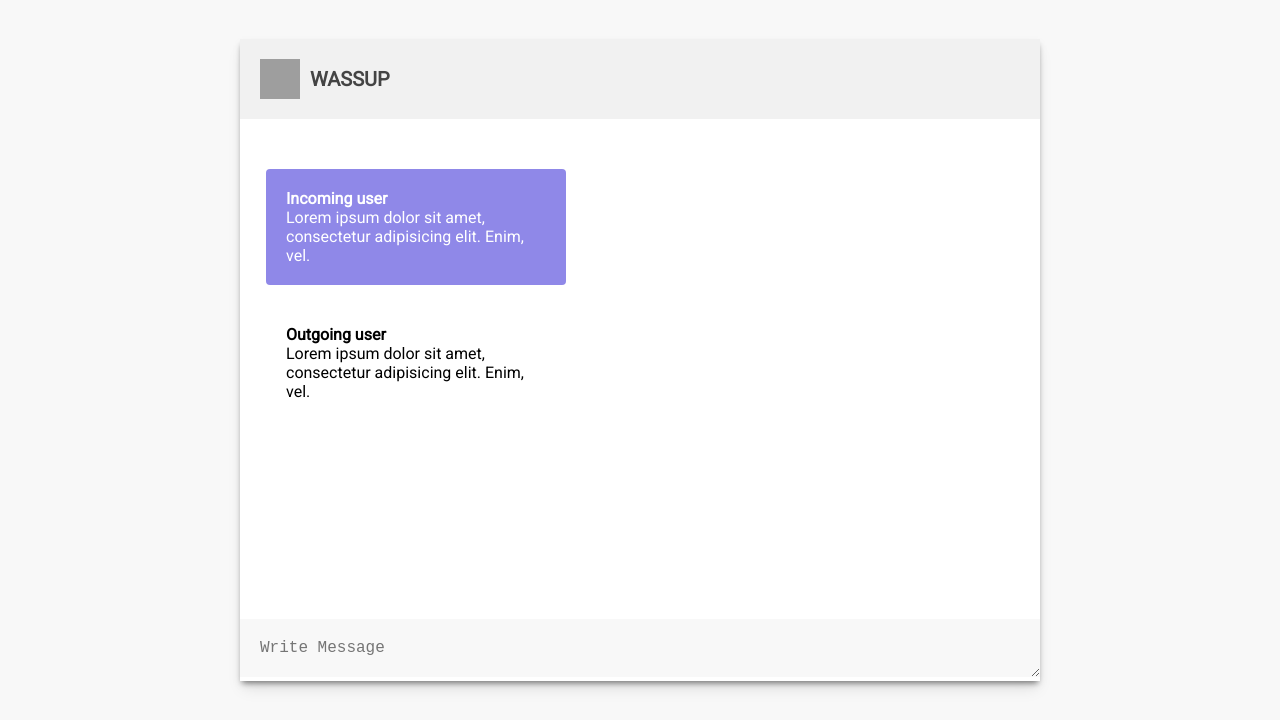
Repository: yashrajverma/Wassup-Chat-App
Page: http://localhost/
An editor plug-in stored every save of this project. The page is shown before and after the next save, followed by the edit.
The browser window is 1280 px wide. The pictures show the whole page.
Pictures or frames that could not be fetched are drawn as grey boxes. The page is served by the project's Node server (server.js).

Above is the page before, as saved 2020-11-19 12:05:27.

After the next save:
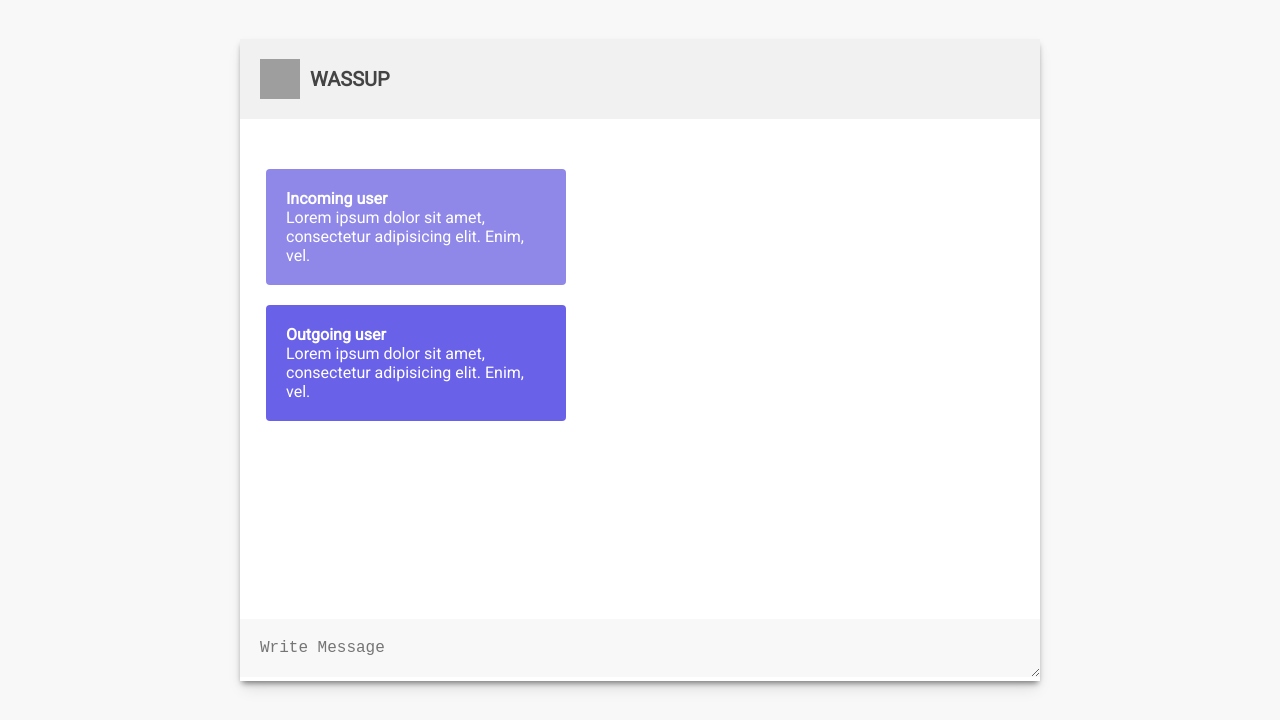
Saved 45 s later.
--- a/public/style.css
+++ b/public/style.css
@@ -71,3 +71,8 @@ textarea {
     color: #fff;
     background: #8f88e8;
 }
+
+.outgoing {
+    color: #fff;
+    background: #6a61e9;
+}
